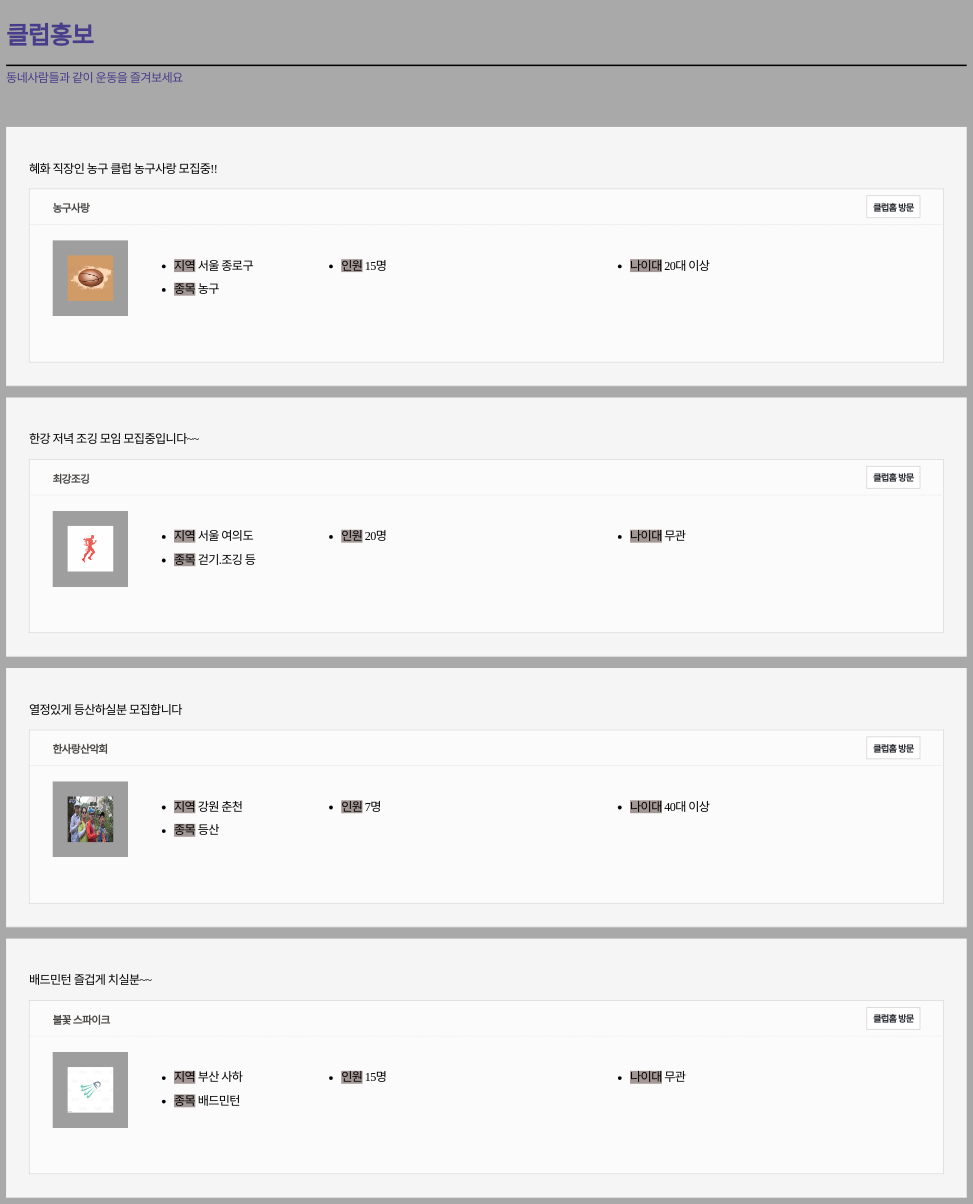
Repository: jaemin333/study
Page: club.html
These files come from the project's save history. The page is drawn as it stood at one moment and after the next save; the edit follows.
The browser window is 1280 px wide. The pictures show the whole page, at 76% of full size.
Pictures or frames that could not be fetched are drawn as grey boxes.

Above is the page before, as saved 2021-07-03 00:07:42.

### club.html
<!DOCTYPE html>
<html lang="ko">
<head>
    <meta charset="UTF-8">
    <meta http-equiv="X-UA-Compatible" content="IE=edge">
    <meta name="viewport" content="width=device-width, initial-scale=1.0">
    <link rel ="stylesheet" type = "text/css" href = "style.css">
    <title>club</title>
</head>
<body>
    <div id = "body_left">
    <div class="title">
        <h1 class="h1">클럽홍보</h1>
        <span class = "sentence">동네사람들과 같이 운동을 즐겨보세요</span>
    </div>

    <div class ="clanTop">
        <span></span>
    </div>

    <div class = "clubList">
    <div class = "clubBox cbBg">
        <p class = "clubTip">
            <a>혜화 직장인 농구 클럽 농구사랑 모집중!!</a>
        </p>
    <div class ="cbClubName">
        <a>농구사랑</a>
        <a class ="iButton">클럽홈 방문</a>
    </div>

    <div class ="cbInfo">
        <div class="cbMark">
            <span class="clubmark">
                <img src = "bask.png" width="60" height=60">
        </div>
    <ul>
        <li>
            <span class = "info dark">지역</span>
             서울 종로구
        </li>
        <li style = "width:380px;">
            <span class = "info dark">인원</span>
             15명
        </li>
        <li style = "width:380px;">
            <span class = "info dark">나이대</span>
             20대 이상
        </li>
        <li style = "width:380px;">
            <span class = "info dark">종목</span>
             농구
        </li>
    </ul>
    </div>
    </div>
    </div>

    <div class = "clubList">
        <div class = "clubBox cbBg">
            <p class = "clubTip">
                <a>한강 저녁 조깅 모임 모집중입니다~~</a>
            </p>
        <div class ="cbClubName">
            <a>최강조깅</a>
            <a class ="iButton">클럽홈 방문</a>
        </div>

        <div class ="cbInfo">
            <div class="cbMark">
                <span class="clubmark">
                    <img src = "run.jpg" width="60" height="60">
            </div>
        <ul>
            <li>
                <span class = "info dark">지역</span>
                 서울 여의도
            </li>
            <li style = "width:380px;">
                <span class = "info dark">인원</span>
                 20명
            </li>
            <li style = "width:380px;">
                <span class = "info dark">나이대</span>
                 무관
            </li>
            <li style = "width:380px;">
                <span class = "info dark">종목</span>
                 걷기.조깅 등
            </li>
        </ul>
        </div>
        </div>
        </div>

        <div class = "clubList">
            <div class = "clubBox cbBg">
                <p class = "clubTip">
                    <a>열정있게 등산하실분 모집합니다</a>
                </p>
            <div class ="cbClubName">
                <a>한사랑산악회</a>
                <a class ="iButton">클럽홈 방문</a>
            </div>

            <div class ="cbInfo">
                <div class="cbMark">
                    <span class="clubmark">
                        <img src = "hike.png" width="60" height="60">
                </div>
            <ul>
                <li>
                    <span class = "info dark">지역</span>
                     강원 춘천
                </li>
                <li style = "width:380px;">
                    <span class = "info dark">인원</span>
                     7명
                </li>
                <li style = "width:380px;">
                    <span class = "info dark">나이대</span>
                     40대 이상
                </li>
                <li style = "width:380px;">
                    <span class = "info dark">종목</span>
                     등산
                </li>
            </ul>
            </div>
            </div>
            </div>


            <div class = "clubList">
                <div class = "clubBox cbBg">
                    <p class = "clubTip">
                        <a>배드민턴 즐겁게 치실분~~</a>
                    </p>
                <div class ="cbClubName">
                    <a>불꽃 스파이크</a>
                    <a class ="iButton">클럽홈 방문</a>
                </div>

                <div class ="cbInfo">
                    <div class="cbMark">
                        <span class="clubmark">
                            <img src = "badminton.jpg" width="60" height="60">
                    </div>
                <ul>
                    <li>
                        <span class = "info dark">지역</span>
                         부산 사하
                    </li>
                    <li style = "width:380px;">
                        <span class = "info dark">인원</span>
                         15명
                    </li>
                    <li style = "width:380px;">
                        <span class = "info dark">나이대</span>
                         무관
                    </li>
                    <li style = "width:380px;">
                        <span class = "info dark">종목</span>
                         배드민턴
                    </li>
                </ul>
                </div>
                </div>
                </div>

    </div>






</body>
</html>

### style.css
div {
    display:block;
}



body {
    background-color: darkgray;
    word-break: break-all;
    -ms-word-break: break-all;
    letter-spacing: -0.050em;
}


.clubBox{
    position: relative;
    padding: 25px 30px 30px 30px;
    border-bottom: 1px solid #dddddd;
}


ul{
    display: block;
    margin-block-start: 1em;
    margin-block-end: 1em;
    margin-inline-start: 0px;
    margin-inline-end: 0px;
    padding-inline-start: 40px;
}

.clubBox li .info.dark{
    background-color: #a39895;
}

.iButton {
    display: inline-block;
    height: 18px;
    padding: 5px 8px;
    font-size: 12px;
    font-weight: bold;
    color: #24272c;
    text-align: center;
    background-color: white;
    border: 1px solid #d4d1d1;
}

.clubBox .iButton {
    position: absolute;
    top: 8px;
    right: 30px;
}

li {
    display: list-item;
    text-align: -webkit-match-parent;
}

.clubBox .cbInfo li {
    float: left;
    width: 220px;
    margin: 4px 0 3px 0;
    font-size: 16px;
    color: black;
}

.cbClubName {
    padding-bottom: 10px;
}

.clubBox .cbInfo {
    position: relative;
    padding: 20px;
    padding-left: 150px;
    border: 1px solid #dadada;
    border-top: 0;
    background-color: #fbfbfb;
    height:140px;
}

.clubBox .clubTit {
    margin-bottom: 15px;
    font-size: 16px;
    font-weight: bold;
    color: black;
}

p {
    display: block;
    margin-block-start: 1em;
    margin-block-end: 1em;
    margin-inline-start: 0px;
    margin-inline-end: 0px;
}

.clubBox .cbClubName {
    position: relative;
    padding: 14px 30px 12px 30px;
    font-size: 14px;
    font-weight: bold;
    color: #4b4846;
    border: 1px solid #dadada;
    border-bottom: 1px dotted #dddddd;
    background-color: #fbfbfb;
}

.clubBox .cbMark {
    position: absolute;
    top: 20px;
    left: 30px;
    background: url(https://img.sa.nexon.com/assets/clan/clamark_bg.jpg) no-repeat;
    width: 60px;
    height: 60px;
    padding: 20px 20px;
}

.clubTip a {
    color: black;
    text-decoration: none;
}

.title {
    position: relative;
    height: 39px;
    margin: 0 0 25px 0;
    font-size: 16px;
    color: darkslateblue;
}

.cbBg{
    background-color: #f5f5f5;
    margin-top: 15px;
}


.sentence {
    vertical-align: -4px;
}

.clanTop {
    position: relative;
    height: 20px;
    padding: 45px 0 0 0;
    font-size: 13px;
    color: #999999;
    border-top: 2px solid black;
}

/*#body_left {
    position: relative;
    float: left;
    width: 850px;
    margin-bottom: 100px;
    padding: 40px 0 0 0;
}

After the next save:
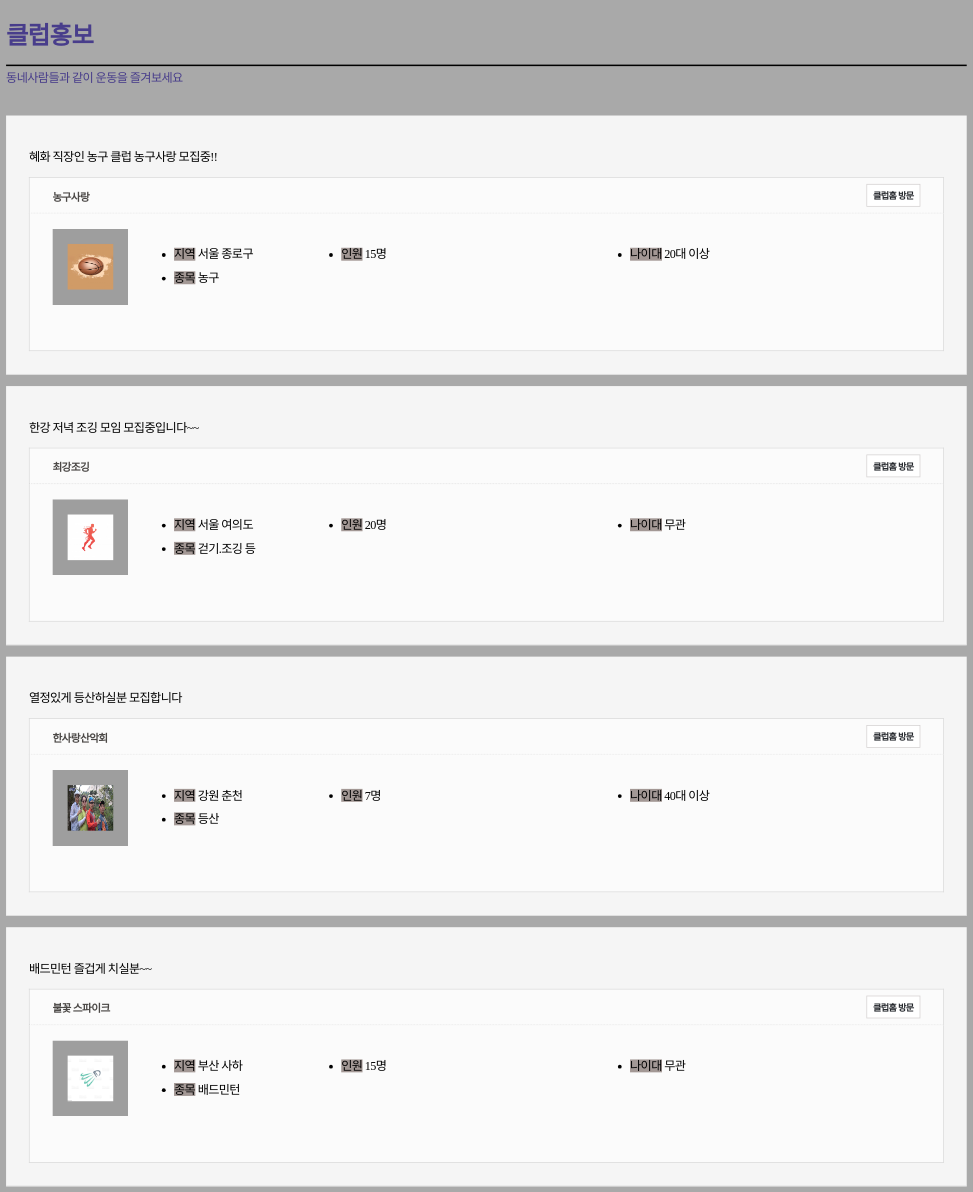
Saved 5 s later.
--- a/style.css
+++ b/style.css
@@ -138,7 +138,7 @@ p {
 
 .clanTop {
     position: relative;
-    height: 20px;
+    height: 5px;
     padding: 45px 0 0 0;
     font-size: 13px;
     color: #999999;
